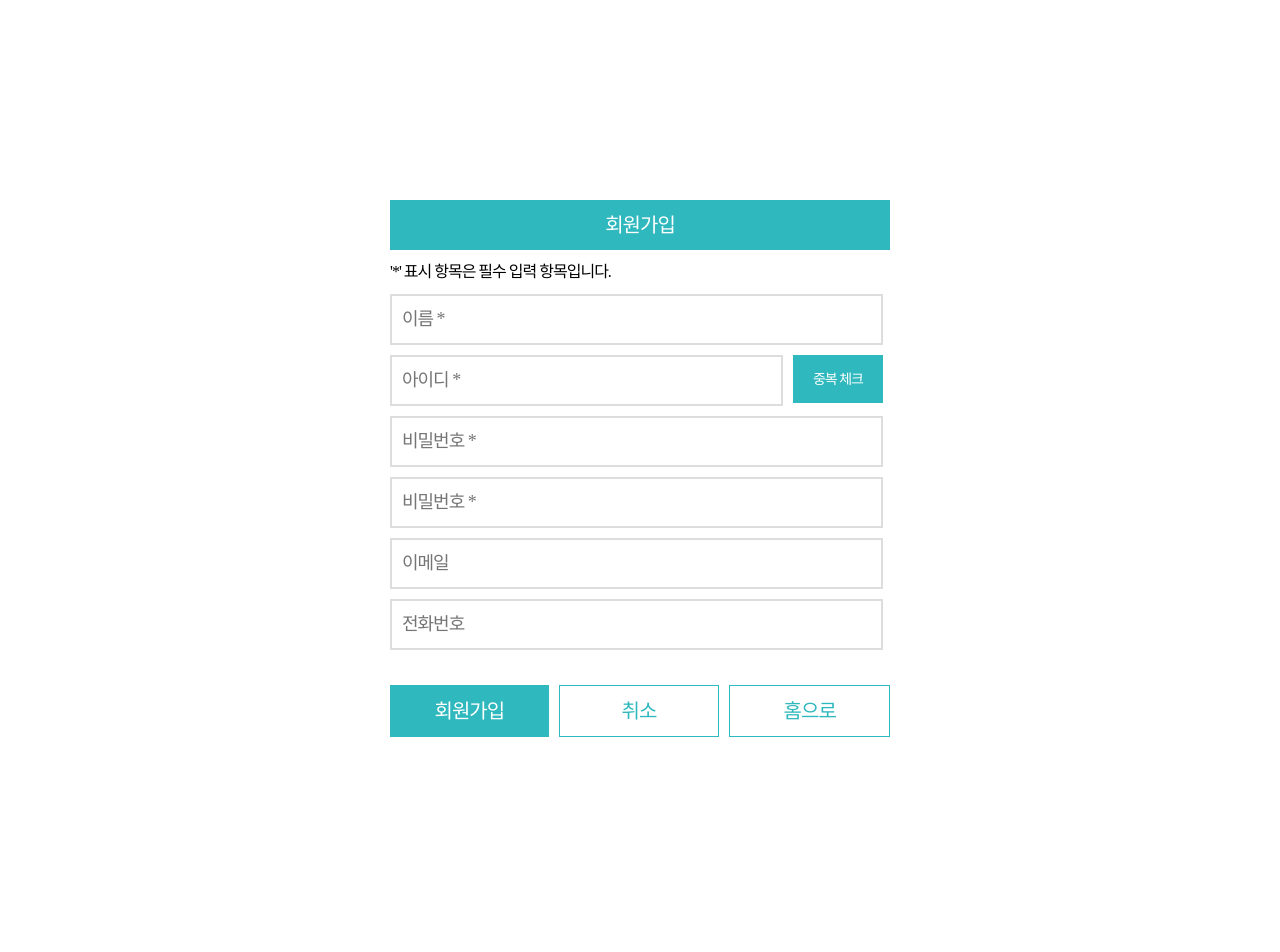
Repository: InhoKang92/jsp_1018
Page: http://localhost/Web_01/join.jsp
An editor plug-in stored every save of this project. The page is shown before and after the next save, followed by the edit.
The browser window is 1280 px wide. The pictures show the whole page.
Some web fonts or font styles are not loaded; a fallback is used. The page is served by Tomcat 9. Other server files are loaded and not shown.

Above is the page before, as saved 2024-10-16 02:15:41.

### Web_01/src/main/webapp/join.jsp
<%@ page language="java" contentType="text/html; charset=UTF-8"
pageEncoding="UTF-8"%>
<!DOCTYPE html>
<html>
<head>
<meta charset="UTF-8">

<link rel="stylesheet" href="css/reset.css">
<link rel="stylesheet" href="css/join.css">

<title>모던하우스 회원가입</title>
</head>
<body>


      <form method="post" name="frm">

        <div class="join_box">
            <div class="title_box">회원가입</div>
            <p class="mand">'*' 표시 항목은 필수 입력 항목입니다.</p>
            <div class="input_box">
            	<input class="name_input" type="text" placeholder="이름 *" name="username">

                <div>
                	<input class="id_input" type="text" placeholder="아이디 *" name="userid">
                	<input class="idcheck_btn" type="button" value="중복 체크" onclick="idCheck()">
                </div>

                <input class="pw_input" type="password" placeholder="비밀번호 *" name="pwd">
                <input class="pw_check_input" type="password" placeholder="비밀번호 *" name="pwd_check">
                <input class="email_input" type="text" placeholder="이메일" name="email">
            	<input class="phone_input" type="text" placeholder="전화번호" name="phone">
            </div>
            <div class="button_box">
            	<input type="submit" class="join_btn" value="회원가입" onclick="return ">
            	<input type="reset" class="reset_btn" value="취소">
            	<input type="button" class="home_btn" value="홈으로" onclick="location.href='ModernServlet?command=mdh_index'">
            </div>


        </div>
      </form>

</body>
</html>

### Web_01/src/main/webapp/css/reset.css
@charset "utf-8";

@font-face {
    font-family: 'Pretendard-Regular';
    src: url('https://fastly.jsdelivr.net/gh/Project-Noonnu/noonfonts_2107@1.1/Pretendard-Regular.woff') format('woff');
    font-weight: 400;
    font-style: normal;
}

/* CSS 리셋 */
* {
    margin: 0;
    padding: 0;
    color: #000;
    list-style: none;
    text-decoration: none;
    box-sizing: border-box;
    line-height: 1.5;
    letter-spacing: -1px;
    font-family: 'Pretendard-Regular';
}

### Web_01/src/main/webapp/css/join.css
@charset "utf-8";

.join_box {
    width: 500px;
    margin: 200px auto;
}
.title_box {
    width: 100%;
    background-color: #2fb8bd;
    border: none;
    color: #fff;
    font-size: 20px;
    padding: 10px;
    text-align: center;
}
.mand {
	margin: 10px 0;
}

.input_box {
    width: 500px;
}

.input_box>input {
    display: inline-block;
    width: 493px;
    border: 2px solid #ddd;
    padding: 10px;
    font-size: 18px;
    margin-bottom: 10px;
}

.input_box>div {
	width: 493px;
	display: flex;

}

.input_box>div>.id_input {
    display: inline-block;
    width: 393px;
    border: 2px solid #ddd;
    padding: 10px;
    font-size: 18px;
    margin-bottom: 10px;
}

.input_box>div>.idcheck_btn {
	display: inline-block;
	width: 90px;
	margin-left: 10px;
	border: none;
	background-color: #2fb8bd;
	color: #fff;
	padding: 10px;
    font-size: 14px;
    height: 48px;
}

.button_box {
    display: flex;
    gap: 10px;
    width: 500px;

}
.join_btn {
	flex: 1;
	text-align: center;
	background-color: #2fb8bd;
    border: none;
    color: #fff;
    font-size: 20px;
    padding: 10px;
    margin-top: 25px;
    margin-bottom: 15px;
    cursor: pointer;
}

.reset_btn {
	flex: 1;
	text-align: center;
	background-color: #fff;
    border: 1px solid #2fb8bd;
    color: #2fb8bd;
    font-size: 20px;
    padding: 10px;
    margin-top: 25px;
    margin-bottom: 15px;
    cursor: pointer;
}

.home_btn {
	flex: 1;
	text-align: center;
	background-color: #fff;
    border: 1px solid #2fb8bd;
    color: #2fb8bd;
    font-size: 20px;
    padding: 10px;
    margin-top: 25px;
    margin-bottom: 15px;
    cursor: pointer;
}

After the next save:
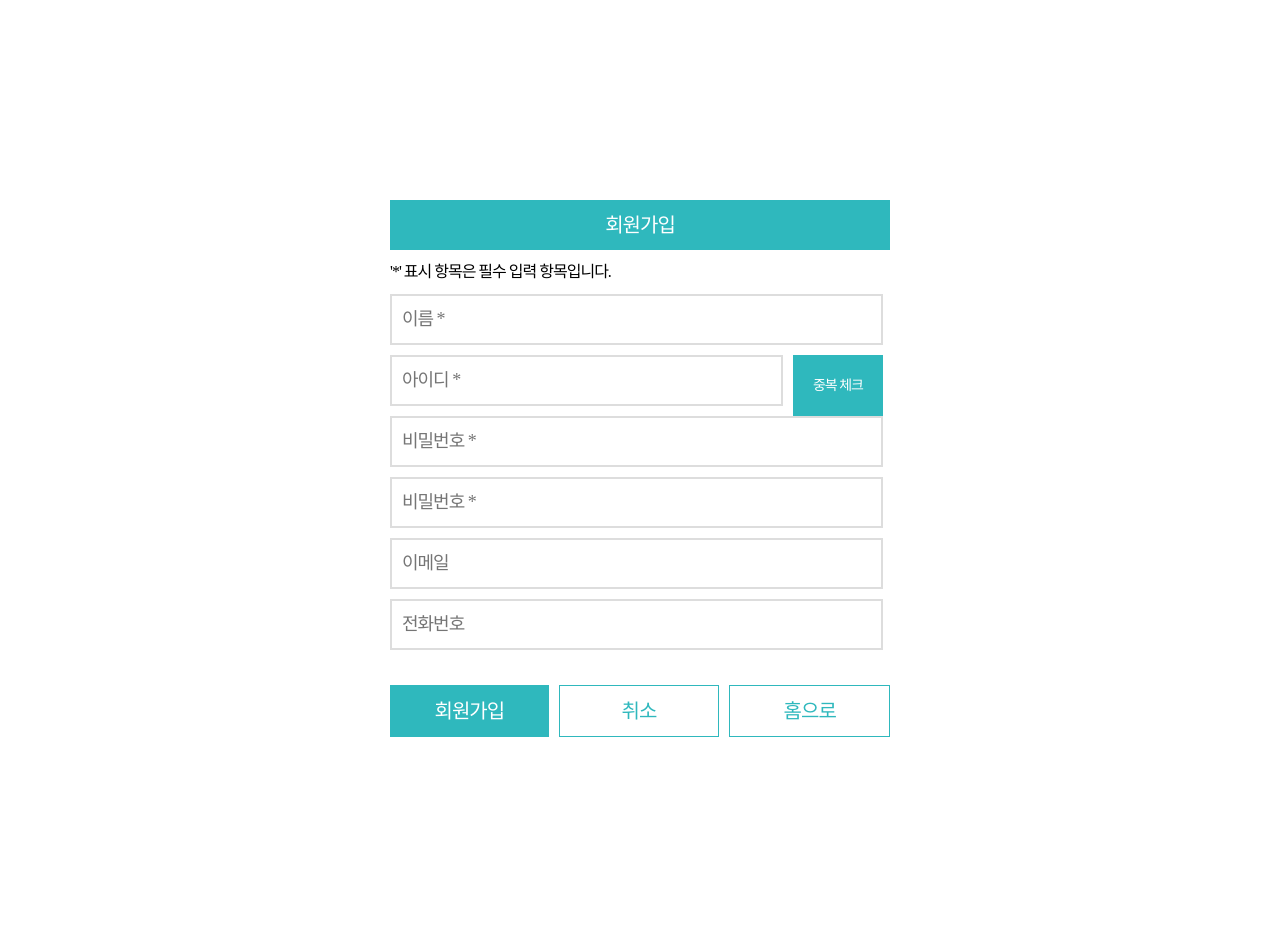
Saved 7 s later.
--- a/Web_01/src/main/webapp/css/join.css
+++ b/Web_01/src/main/webapp/css/join.css
@@ -54,7 +54,6 @@
 	color: #fff;
 	padding: 10px;
     font-size: 14px;
-    height: 48px;
 }
 
 .button_box {
